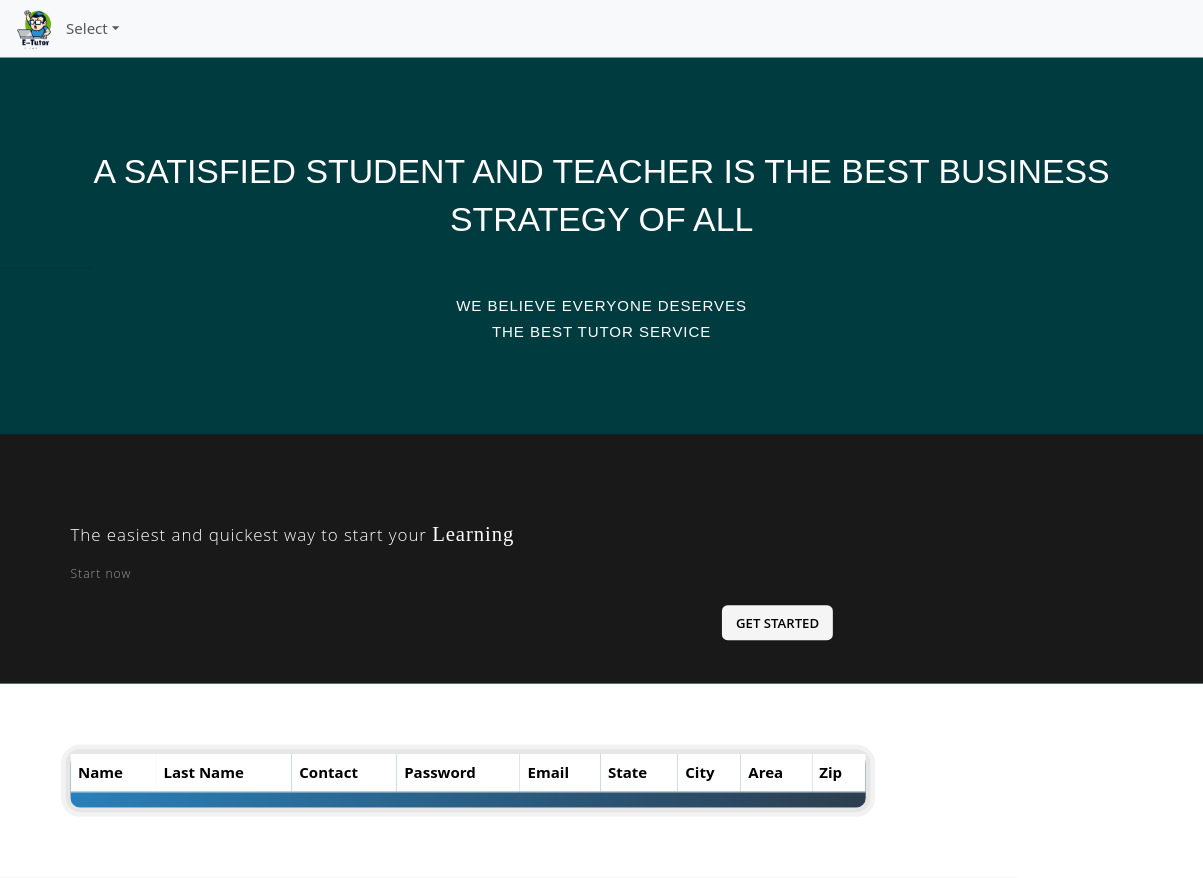
Repository: shailesh89-art/E-tutor-springboot-hibernate
Page: http://localhost/TUTOR_INVENTOR_1/pages/parent_Admin_edit.jsp
These files come from the project's save history. The page is drawn as it stood at one moment and after the next save; the edit follows.
The browser window is 1280 px wide. The pictures show the whole page, at 94% of full size.
Some web libraries are served in a nearby version. The page is served by Tomcat 9. Other server files are loaded and not shown. The template is opened directly, without the code that normally fills it, so the values that code supplies are empty.

Above is the page before, as saved 2023-05-03 14:14:33.

### TUTOR_INVENTOR_1/src/main/webapp/pages/parent_Admin_edit.jsp
<%@ taglib uri="http://www.springframework.org/tags/form" prefix="form"%> <%@ taglib uri="http://java.sun.com/jsp/jstl/core" prefix="c"%>
<!doctype html>
<html lang="en">
  <head>
    <!-- Required meta tags -->
    <meta charset="utf-8">
    <meta name="viewport" content="width=device-width, initial-scale=1, shrink-to-fit=no">

    <!-- Bootstrap CSS -->
      <link href="https://cdn.jsdelivr.net/npm/bootstrap@5.3.0-alpha1/dist/css/bootstrap.min.css" rel="stylesheet" integrity="sha384-GLhlTQ8iRABdZLl6O3oVMWSktQOp6b7In1Zl3/Jr59b6EGGoI1aFkw7cmDA6j6gD" crossorigin="anonymous">
    <script src="https://cdn.jsdelivr.net/npm/bootstrap@5.3.0-alpha1/dist/js/bootstrap.bundle.min.js" integrity="sha384-w76AqPfDkMBDXo30jS1Sgez6pr3x5MlQ1ZAGC+nuZB+EYdgRZgiwxhTBTkF7CXvN" crossorigin="anonymous"></script>
    <link rel="stylesheet" href="https://cdnjs.cloudflare.com/ajax/libs/font-awesome/4.7.0/css/font-awesome.min.css">
    <link rel="icon" type="image/x-icon" href="Assets/imgs/Screenshot_(160)-transformed (1)-fotor-bg-remover-20230423203452.png" >
      <title>Parent Admin</title>
    <style>




     .banner {

            background-size: cover;
            background-repeat: no-repeat;
            background-position: center center;
            width: 100%;
            height: 100%;
              background-color: #00838F;
        }

        .banner .opacity_overlay {
            height: 100%;
            width: 100%;
            background: rgba(0, 0, 0, 0.55);
            padding-top: 100px;
        }

        .banner .opacity_overlay .info {
            text-align: center;
            font-family: 'Montserrat', sans-serif;
        }

        .banner .opacity_overlay .info h2 {
            color: #fff;
            text-transform: uppercase;
            font-size: 36px;
        }

        .banner .opacity_overlay .info hr {
            width: 100px;
            margin-top: 30px;
            margin-bottom: 30px;
        }

        .banner .opacity_overlay .info h3 {
            color: #fff;
            text-transform: uppercase;
            font-size: 16px;
            letter-spacing: 1px;
        }

        .banner .opacity_overlay .secondary_layer {
            background: #191919;
            margin-top: 100px;
            padding-top: 15px;
            padding-bottom: 15px;
            font-family: "Open Sans", Arial, sans-serif;
        }

        .banner .opacity_overlay .secondary_layer .msg {
            font-size: 18px;
            color: #fff;
            font-weight: 300;
            letter-spacing: 1px;
        }

        .banner .opacity_overlay .secondary_layer .msg span {
            font-family: "Shadows Into Light", cursive;
            font-size: 22px;
        }

        .banner .opacity_overlay .secondary_layer .quote {
            font-size: 13px;
            color: #999;
            font-weight: 300;
            letter-spacing: 1px;
        }

        .banner .opacity_overlay .secondary_layer .btn {
            text-decoration: none;
            color: #000;
        }

        .banner .opacity_overlay .secondary_layer .btn button {
            background: #F5F5F5;
            border: none;
            border-radius: 6px;
            padding: 8px 15px;
            text-transform: uppercase;
            font-weight: 600;
            font-size: 14px;
            outline: none;
            transition: background-color 0.2s ease;
        }

        .banner .opacity_overlay .secondary_layer .btn button:hover {
            background: #000;
            color: #fff;
        }

        /* Font size change on browser resize */

        @media screen and (max-width: 991px) {
        .banner .opacity_overlay .info h2 {
            font-size: 30px;
        }
        }

        @media screen and (max-width: 768px) {
        .banner .opacity_overlay .info h2 {
            font-size: 26px;
        }
        }

        @media screen and (max-width: 631px) {
        .banner .opacity_overlay .info h2 {
            font-size: 22px;
        }
        }

        @media screen and (max-width: 534px) {
        .banner .opacity_overlay .info h2 {
            font-size: 20px;
        }
        }

        @media screen and (max-width: 991px) {
        .banner .opacity_overlay .info h3 {
            font-size: 12px;
        }
        }

        @media screen and (max-width: 534px) {
        .banner .opacity_overlay .info h3 {
            font-size: 10px;
        }
        }

        @media screen and (max-width: 768px) {
        .banner .opacity_overlay .secondary_layer .msg {
            font-size: 16px;
        }
        }

        @media screen and (max-width: 534px) {
        .banner .opacity_overlay .secondary_layer .msg {
            font-size: 13px;
        }
        }

        @media screen and (max-width: 768px) {
        .banner .opacity_overlay .secondary_layer .msg span {
            font-size: 18px;
        }
        }

        @media screen and (max-width: 534px) {
        .banner .opacity_overlay .secondary_layer .msg span {
            font-size: 16px;
        }
        }
        /*search button*/




        .advanced{

            text-decoration: none;
            font-size: 15px;
            font-weight: 500;
        }


        .btn-secondary,
        .btn-secondary:focus,
        .btn-secondary:active


         {
            color: #fff;
            background-color: #00838f !important;
            border-color: #00838f !important;
            box-shadow: none;
        }


        .advanced{

            color: #00838f !important;
        }






 .demo{ font-family: 'Noto Sans', sans-serif; }
.panel{
    background: linear-gradient(to right, #2980b9, #2c3e50);
    padding: 0;
    border-radius: 10px;
    border: none;
    box-shadow: 0 0 0 5px rgba(0,0,0,0.05),0 0 0 10px rgba(0,0,0,0.05);
}
.panel .panel-heading{
    padding: 20px 15px;
    border-radius: 10px 10px 0 0;
    margin: 0;
}
.panel .panel-heading .title{
    color: #fff;
    font-size: 28px;
    font-weight: 500;
    text-transform: capitalize;
    line-height: 40px;
    margin: 0;
}
.panel .panel-heading .btn{
    color: rgba(255,255,255,0.5);
    background: transparent;
    font-size: 16px;
    text-transform: capitalize;
    border: 2px solid #fff;
    border-radius: 50px;
    transition: all 0.3s ease 0s;
}
.panel .panel-heading .btn:hover{
    color: #fff;
    text-shadow: 3px 3px rgba(255,255,255,0.2);
}
.panel .panel-heading .form-control{
    color: #fff;
    background-color: transparent;
    width: 35%;
    height: 40px;
    border: 2px solid #fff;
    border-radius: 20px;
    display: inline-block;
    transition: all 0.3s ease 0s;
}
.panel .panel-heading .form-control:focus{
    background-color: rgba(255,255,255,0.2);
    box-shadow: none;
    outline: none;
}
.panel .panel-heading .form-control::placeholder{
    color: rgba(255,255,255,0.5);
    font-size: 15px;
    font-weight: 500;
}
.panel .panel-body{ padding: 0; }
.panel .panel-body .table thead tr th{
    color: #fff;
    background-color: rgba(255, 255, 255, 0.2);
    font-size: 16px;
    font-weight: 500;
    text-transform: uppercase;
    padding: 12px;
    border: none;
}
.panel .panel-body .table tbody tr td{
    color: #fff;
    font-size: 15px;
    padding: 10px 12px;
    vertical-align: middle;
    border: none;
}
.panel .panel-body .table tbody tr:nth-child(even){ background-color: rgba(255,255,255,0.05); }
.panel .panel-body .table tbody .action-list{
    padding: 0;
    margin: 0;
    list-style: none;
}
.panel .panel-body .table tbody .action-list li{
    display: inline-block;
    margin: 0 5px;
}
.panel .panel-body .table tbody .action-list li a{
    color: #fff;
    font-size: 15px;
    position: relative;
    z-index: 1;
    transition: all 0.3s ease 0s;
}
.panel .panel-body .table tbody .action-list li a:hover{ text-shadow: 3px 3px 0 rgba(255,255,255,0.3); }
.panel .panel-body .table tbody .action-list li a:before,
.panel .panel-body .table tbody .action-list li a:after{
    content: attr(data-tip);
    color: #fff;
    background-color: #111;
    font-size: 12px;
    padding: 5px 7px;
    border-radius: 4px;
    text-transform: capitalize;
    display: none;
    transform: translateX(-50%);
    position: absolute;
    left: 50%;
    top: -32px;
    transition: all 0.3s ease 0s;
}
.panel .panel-body .table tbody .action-list li a:after{
    content: '';
    height: 15px;
    width: 15px;
    padding: 0;
    border-radius: 0;
    transform: translateX(-50%) rotate(45deg);
    top: -18px;
    z-index: -1;
}
.panel .panel-body .table tbody .action-list li a:hover:before,
.panel .panel-body .table tbody .action-list li a:hover:after{
    display: block;
}
.panel .panel-footer{
    color: #fff;
    background-color: transparent;
    padding: 15px;
    border: none;
}
.panel .panel-footer .col{ line-height: 35px; }
.pagination{ margin: 0; }
.pagination li a{
    color: #fff;
    background-color: transparent;
    border: 2px solid transparent;
    font-size: 18px;
    font-weight: 500;
    text-align: center;
    line-height: 31px;
    width: 35px;
    height: 35px;
    padding: 0;
    margin: 0 3px;
    border-radius: 50px;
    transition: all 0.3s ease 0s;
}
.pagination li a:hover{
    color: #fff;
    background-color: transparent;
    border-color: rgba(255,255,255,0.2);
}
.pagination li a:focus,
.pagination li.active a,
.pagination li.active a:hover{
    color: #fff;
    background-color: transparent;
    border-color: #fff;
}
.pagination li:first-child a,
.pagination li:last-child a{
    border-radius: 50%;
}
.container{


    padding:60px;
    margin:15px;
}
 #logo{
        width: 4%;
      }
@media only screen and (max-width:767px){
    .panel .panel-heading .title{
        text-align: center;
        margin: 0 0 10px;
    }
    .panel .panel-heading .btn_group{ text-align: center; }
    .container{

        padding: 45px;
    }
     #logo{
        width: 19%;
      }
}







   }
    </style>
  </head>
  <body>
  <nav class="navbar navbar-expand-lg navbar-light bg-light">
        <div class="container-fluid">
           <img  id="logo" src="Assets/imgs/Screenshot_(160)-transformed (1)-fotor-bg-remover-20230423203452.png" alt="">
          <button class="navbar-toggler" type="button" data-bs-toggle="collapse" data-bs-target="#navbarColor03" aria-controls="navbarColor03" aria-expanded="false" aria-label="Toggle navigation">
            <span class="navbar-toggler-icon"></span>
          </button>
          <div class="collapse navbar-collapse" id="navbarColor03">
            <ul class="navbar-nav me-auto">

              <li class="nav-item dropdown">
                <a class="nav-link dropdown-toggle" data-bs-toggle="dropdown" href="#" role="button" aria-haspopup="true" aria-expanded="false">Select</a>
                <div class="dropdown-menu">
                  <a class="dropdown-item" href="ebook_list">book</a>

                  <a class="dropdown-item" href="/parentlogout">Log Out</a>
                  </div>
              </li>

            </ul>
          </div>
        </div>
      </nav>
      <div class="banner">
    	<div class="opacity_overlay">
    		<div class="info">
    			<h2>A satisfied Student and Teacher is the best business</h2>
    			<h2>strategy of all</h2>
    			<hr>
    			<h3>We believe everyone deserves</h3>
    			<h3>The best tutor service</h3>
    		</div>

    		<div class="secondary_layer">
    			<div class="container">
    				<div class="col-md-8 col-sm-6">
    					<p class="msg">The easiest and quickest way to start your <span>Learning</span></p>
    					<p class="quote">Start now</p>
    				</div>
    				<div class="col-md-4 col-sm-6 pull-right">
    					<a href="ebook_list" class="btn" ><button type="submit">Get Started</button></a>

    				</div>
    			</div>
    		</div>

    	</div>
    </div>


   <div class="container">

    <div class="row">
        <div class="col-md-offset-1 col-md-10">
            <div class="panel">

                <div class="panel-body table-responsive">

<table class="table">
<tr>
<th>Name</th>
<th>Last Name</th>
<th>Contact</th>
<th>Password</th>
<th>Email</th>
<th>State</th>
<th>City</th>
<th>Area</th>
<th>Zip</th>
</tr>
<c:forEach  items="${parent}" var="e">
<tr>

<td>${e.fname}</td>
<td>${e.lname}</td>
<td>${e.contact}</td>
<td>${e.pass}</td>
<td>${e.email}</td>
<td>${e.state}</td>
<td>${e.city}</td>
<td>${e.area}</td>
<td>${e.zip}</td>
<td>

  <a href="edit_parent?id=${e.id}"><i class='fa fa-edit' style="color:blue"></i></a> |
          <a href="delete_parentfirst?id=${e.id}"><i class="fa fa-trash" style="color:blue"></i></a>
        </td>
</tr>
</c:forEach>
</table>
</div>
</div>
</div>
</div>
</div>

 <script src="https://code.jquery.com/jquery-3.2.1.slim.min.js" integrity="sha384-KJ3o2DKtIkvYIK3UENzmM7KCkRr/rE9/Qpg6aAZGJwFDMVNA/GpGFF93hXpG5KkN" crossorigin="anonymous"></script>
    <script src="https://cdn.jsdelivr.net/npm/popper.js@1.12.9/dist/umd/popper.min.js" integrity="sha384-ApNbgh9B+Y1QKtv3Rn7W3mgPxhU9K/ScQsAP7hUibX39j7fakFPskvXusvfa0b4Q" crossorigin="anonymous"></script>
    <script src="https://cdn.jsdelivr.net/npm/bootstrap@4.0.0/dist/js/bootstrap.min.js" integrity="sha384-JZR6Spejh4U02d8jOt6vLEHfe/JQGiRRSQQxSfFWpi1MquVdAyjUar5+76PVCmYl" crossorigin="anonymous"></script>
</body>

After the next save:
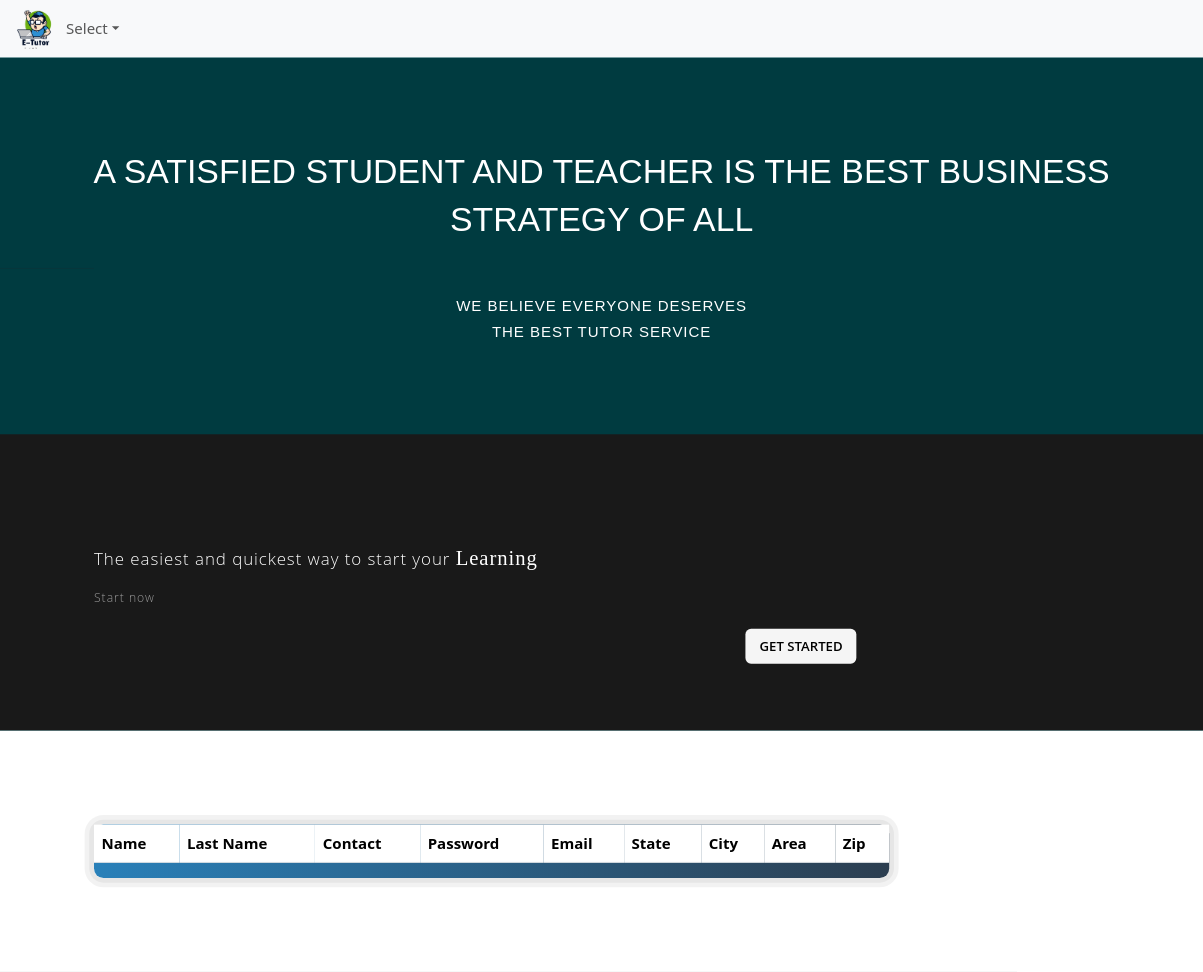
Saved 13 s later.
--- a/TUTOR_INVENTOR_1/src/main/webapp/pages/parent_Admin_edit.jsp
+++ b/TUTOR_INVENTOR_1/src/main/webapp/pages/parent_Admin_edit.jsp
@@ -366,7 +366,7 @@
 
 
     padding:60px;
-    margin:15px;
+    margin:40px;
 }
  #logo{
         width: 4%;
